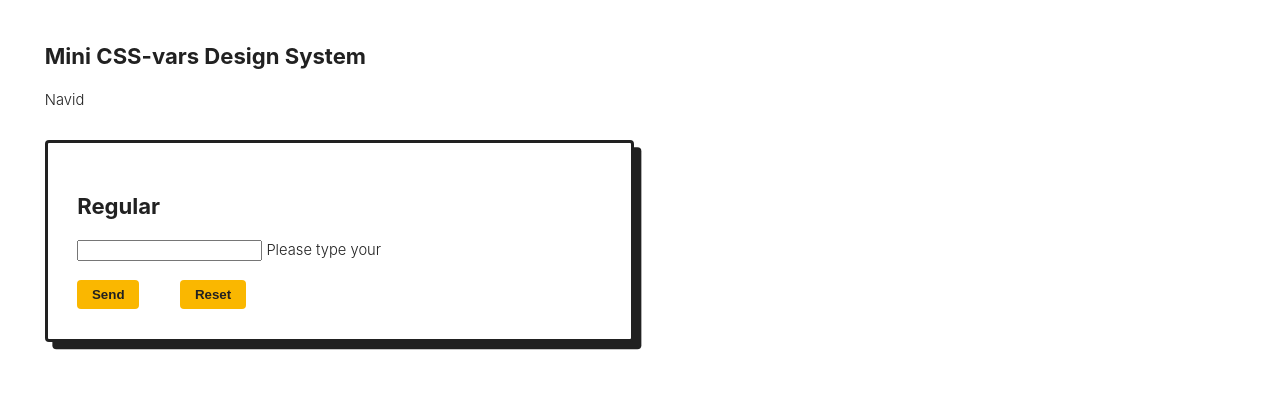
Repository: navid-amini12/capstone-1
Page: quiz.html
The author's editor kept a copy of each file at every save. The page is drawn from the files as they stood at one save, then again after the next save.
The browser window is 1280 px wide. The pictures show the whole page.
Some web fonts or font styles are not loaded; a fallback is used.

Above is the page before, as saved 2022-05-17 12:24:48.

### quiz.html

<head>
    <link rel="stylesheet" href="quiz.css">
    </head>

<article class="l-design-widht">
    <h1>Mini CSS-vars Design System</h1>

   <p>Navid</p>

    <div class="card">
      <h2><svg class="icon" aria-hidden="true">
        <h2>Regular</h2>
      <label class="input">
        <input class="input__field" type="text" placeholder=" " />
        <span class="input__label">Please type your</span>
      </label>
      <div class="button-group">
        <button>Send</button>
        <button type="reset">Reset</button>
      </div>
    </div>



  <svg xmlns="http://www.w3.org/2000/svg" class="hidden">
    <symbol id="icon-coffee" viewBox="0 0 20 20">
      <title>icon-coffee</title>
      <path fill="currentColor" d="M15,17H14V9h3a3,3,0,0,1,3,3h0A5,5,0,0,1,15,17Zm1-6v3.83A3,3,0,0,0,18,12a1,1,0,0,0-1-1Z"/>
      <rect fill="currentColor" x="1" y="7" width="15" height="12" rx="3" ry="3"/>
      <path fill="var(--color-accent)" d="M7.07,5.42a5.45,5.45,0,0,1,0-4.85,1,1,0,0,1,1.79.89,3.44,3.44,0,0,0,0,3.06,1,1,0,0,1-1.79.89Z"/>
      <path fill="var(--color-accent)" d="M3.07,5.42a5.45,5.45,0,0,1,0-4.85,1,1,0,0,1,1.79.89,3.44,3.44,0,0,0,0,3.06,1,1,0,1,1-1.79.89Z"/>
      <path fill="var(--color-accent)" d="M11.07,5.42a5.45,5.45,0,0,1,0-4.85,1,1,0,0,1,1.79.89,3.44,3.44,0,0,0,0,3.06,1,1,0,1,1-1.79.89Z"/>
    </symbol>
  </svg>

### quiz.css
@import url('https://rsms.me/inter/inter.css');

:root {
  --color-light: white;
  --color-dark: #212121;
  --color-signal: #fab700;

  --color-background: var(--color-light);
  --color-text: var(--color-dark);
  --color-accent: var(--color-signal);

  --size-bezel: .5rem;
  --size-radius: 4px;

  line-height: 1.4;

  font-family: 'Inter', sans-serif;
  font-size: calc(.6rem + .4vw);
  color: var(--color-text);
  background: var(--color-background);
  font-weight: 300;
  padding: 0 calc(var(--size-bezel) * 3);
}





.card {
  background: var(--color-background);
  padding: calc(4 * var(--size-bezel));
  margin-top: calc(4 * var(--size-bezel));
  border-radius: var(--size-radius);
  border: 3px solid var(--color-shadow, currentColor);
  box-shadow: .5rem .5rem 0 var(--color-shadow, currentColor);




  *:first-child {
    margin-top: 0;
  }
}


.l-design-widht {
  max-width: 40rem;
  padding: 1rem;
}

.input {
  position: relative;








}


.button-group {
  margin-top: calc(var(--size-bezel) * 2.5);
}

button {
  color: currentColor;
  padding: var(--size-bezel) calc(var(--size-bezel) * 2);
  background: var(--color-accent);
  border: none;
  border-radius: var(--size-radius);
  font-weight: 900;


}

button + button {
  margin-left: calc(var(--size-bezel) * 5);
}

.icon {
  display: inline-block;
  height: 0em;
  margin-right: .5em;
}

After the next save:
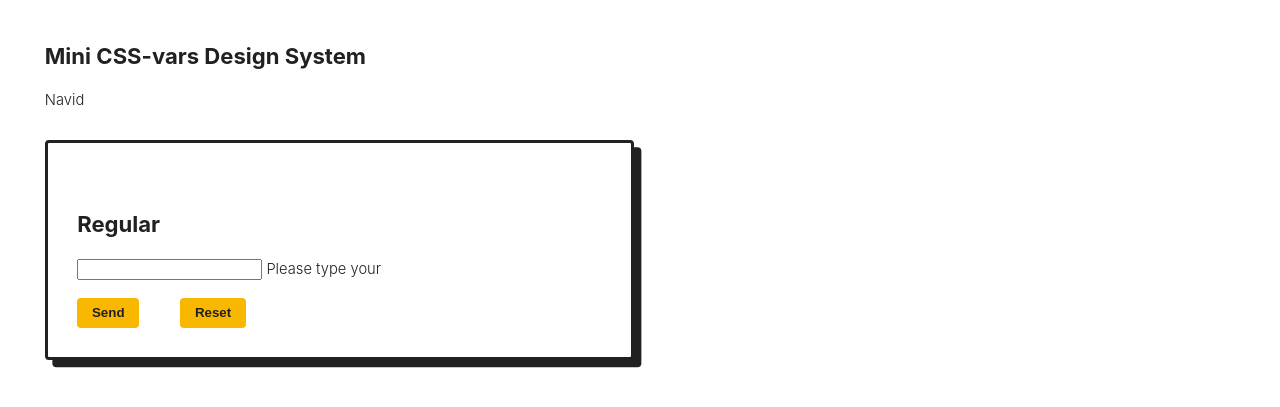
Saved 5 s later.
--- a/quiz.css
+++ b/quiz.css
@@ -37,9 +37,6 @@
 
 
 
-  *:first-child {
-    margin-top: 0;
-  }
 }
 
 
